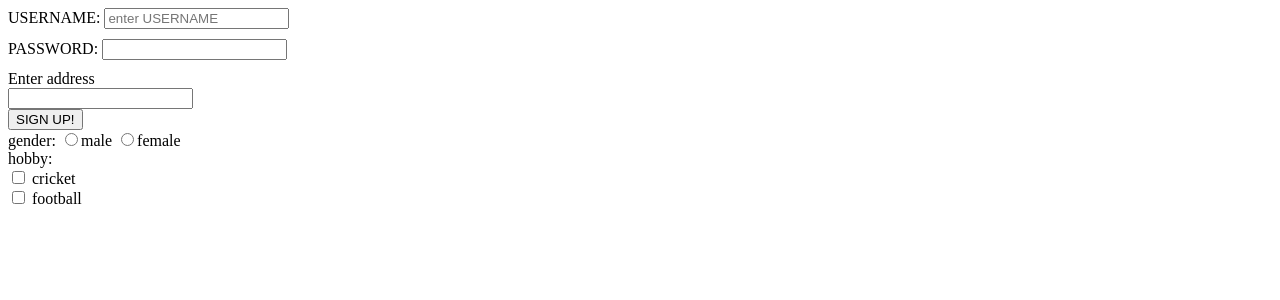
Repository: mirambialex/myform
Page: website/INDEX.HTML
An editor plug-in stored every save of this project. The page is shown before and after a run of saves, followed by the edit.
The browser window is 1280 px wide. The pictures show the whole page.

Above is the page before, as saved 2024-04-11 10:09:58.

After the next 4 saves:
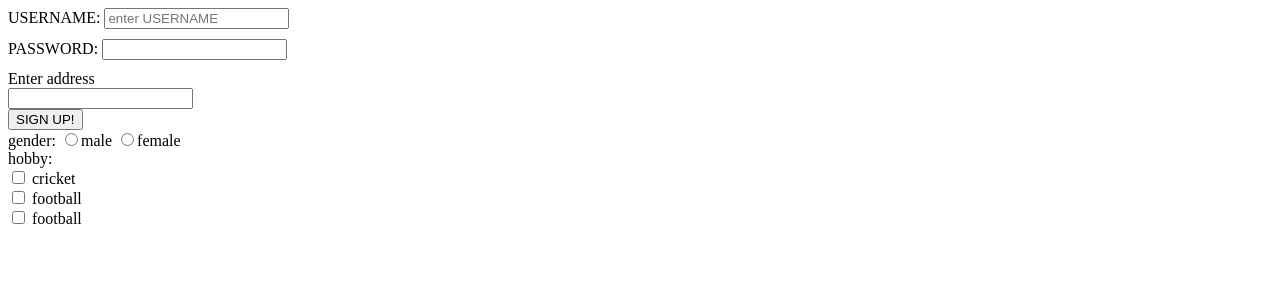
The 4 saves are shown as one change because they came seconds apart.
The last was saved 54 s later.
--- a/website/INDEX.HTML
+++ b/website/INDEX.HTML
@@ -21,6 +21,8 @@ hobby:<br>
 <label for="cricket">cricket</label> <br>
 <input type="checkbox" id="football" name="football" value="football"/>
 <label for="football">football</label> <br>
+<input type="checkbox" id="football" name="football" value="football"/>
+<label for="football">football</label> <br>
 <br/>
  </body>
 </html>
